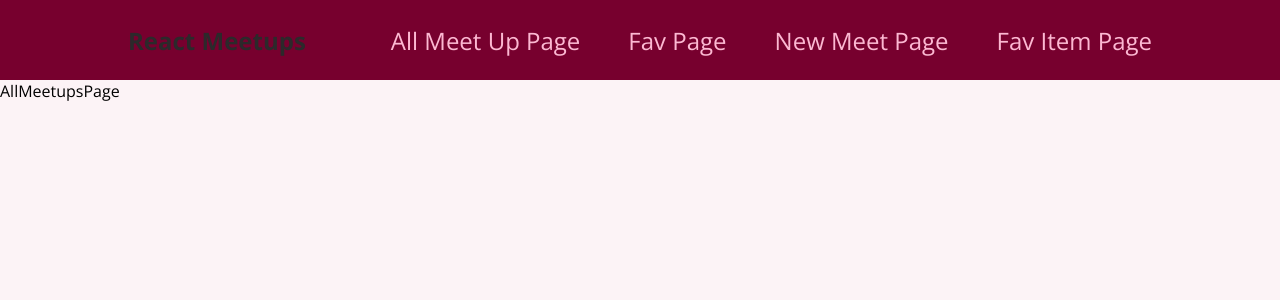
Repository: portretrieve/react-meetup-app
Page: /
The author's editor kept a copy of each file at every save. The page is drawn from the files as they stood at one save, then again after the next save.
The browser window is 1280 px wide. The pictures show the whole page.
The project was rebuilt for these pictures with package versions that can differ from the ones it lists, and the page was loaded fresh each time. A package was used in the major version that the imports need, not the one package.json lists. Also part of the build but not shown: src/pages/Favourites.js, src/pages/NewMeetup.js, src/pages/ABC.js.

Above is the page before, as saved 2021-08-17 18:14:01.

### src/App.js
import { Route, Switch } from "react-router-dom";

import AllMeetupsPage from "./pages/AllMeetups";
import FavouritesPage from "./pages/Favourites";
import NewMeetupPage from "./pages/NewMeetup";
import ABC from "./pages/ABC";
import MainNavigation from "./components/layout/MainNavigation";

function App() {
  return (
    <div>
      <MainNavigation></MainNavigation>
      <Switch>
        <Route path="/" exact>
          <AllMeetupsPage />
        </Route>
        <Route path="/fav">
          <FavouritesPage />
        </Route>
        <Route path="/meet">
          <NewMeetupPage />
        </Route>
        <Route path="/fav-item">
          <ABC />
        </Route>
      </Switch>
    </div>
  );
}

export default App;

### src/pages/AllMeetups.js
import React from "react";

function AllMeetupsPage() {
  return <div>AllMeetupsPage</div>;
}

export default AllMeetupsPage;

### src/components/layout/MainNavigation.js
import { Link } from "react-router-dom";
import classes from "./MainNavigation.module.css";

function MainNavigation() {
  return (
    <header className={classes.header}>
      <h2>React Meetups</h2>
      <nav>
        <ul>
          <li>
            <Link to="/">All Meet Up Page</Link>
          </li>
          <li>
            <Link to="/fav">Fav Page</Link>
          </li>
          <li>
            <Link to="/meet">New Meet Page</Link>
          </li>
          <li>
            <Link to="/fav-item">Fav Item Page</Link>
          </li>
        </ul>
      </nav>
    </header>
  );
}

export default MainNavigation;

Loaded but not shown: public/index.html (common file); src/index.js (common file); src/index.css (common file); src/components/layout/MainNavigation.module.css (common file)

After the next save:
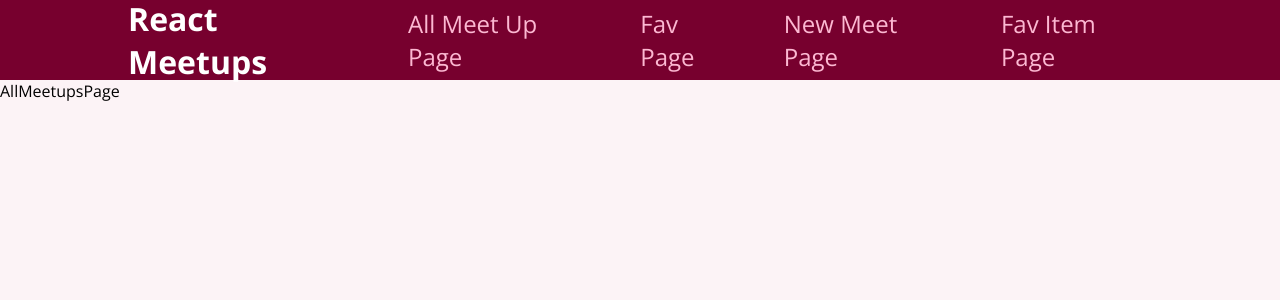
Saved 18 s later.
--- a/src/components/layout/MainNavigation.js
+++ b/src/components/layout/MainNavigation.js
@@ -4,7 +4,7 @@ import classes from "./MainNavigation.module.css";
 function MainNavigation() {
   return (
     <header className={classes.header}>
-      <h2>React Meetups</h2>
+      <h2 className={classes.logo}>React Meetups</h2>
       <nav>
         <ul>
           <li>
